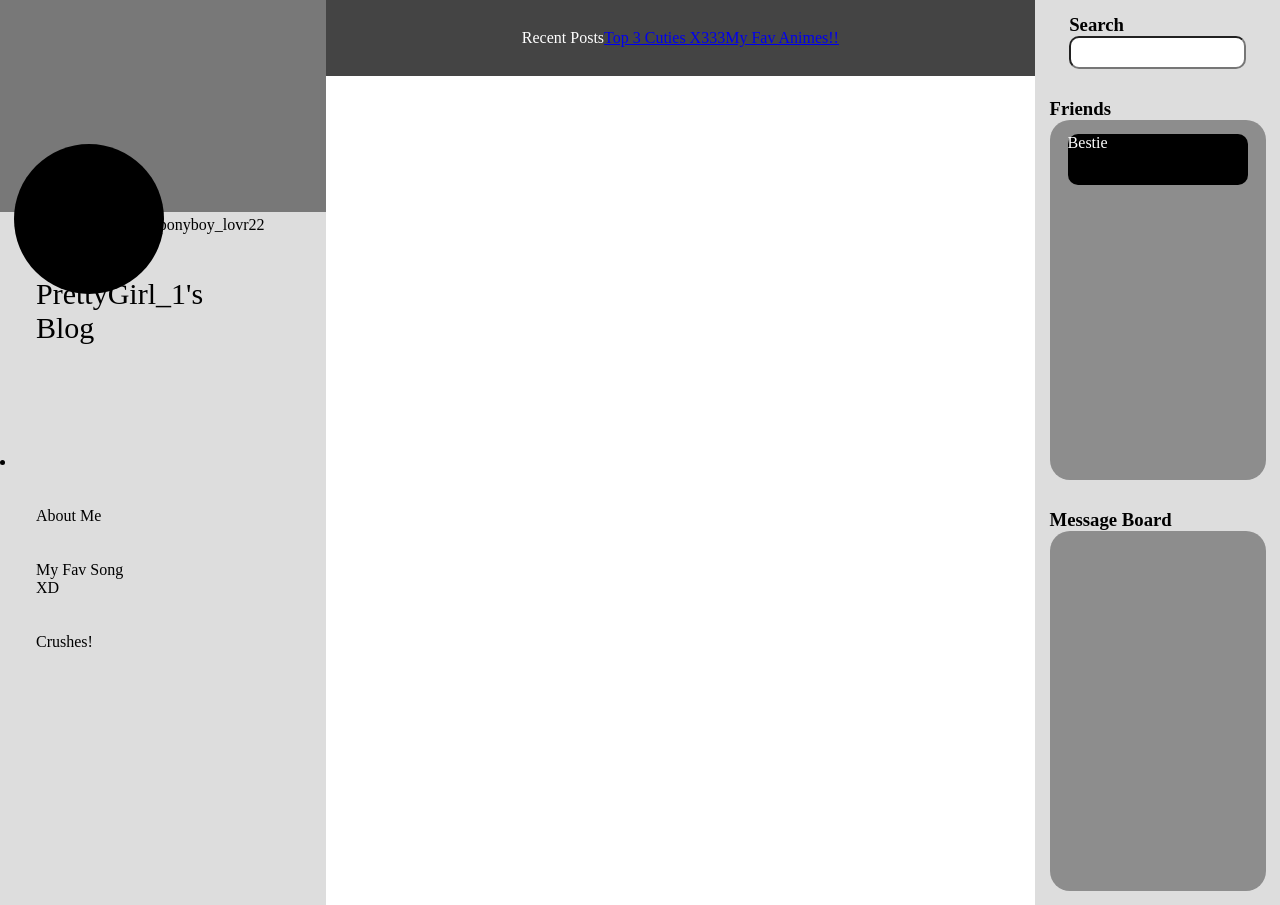
Repository: Jennica1/Frontend-Final
Page: index.html
An editor plug-in stored every save of this project. The page is shown before and after the next save, followed by the edit.
The browser window is 1280 px wide. The pictures show the whole page.

Above is the page before, as saved 2024-05-16 20:23:05.

After the next save:
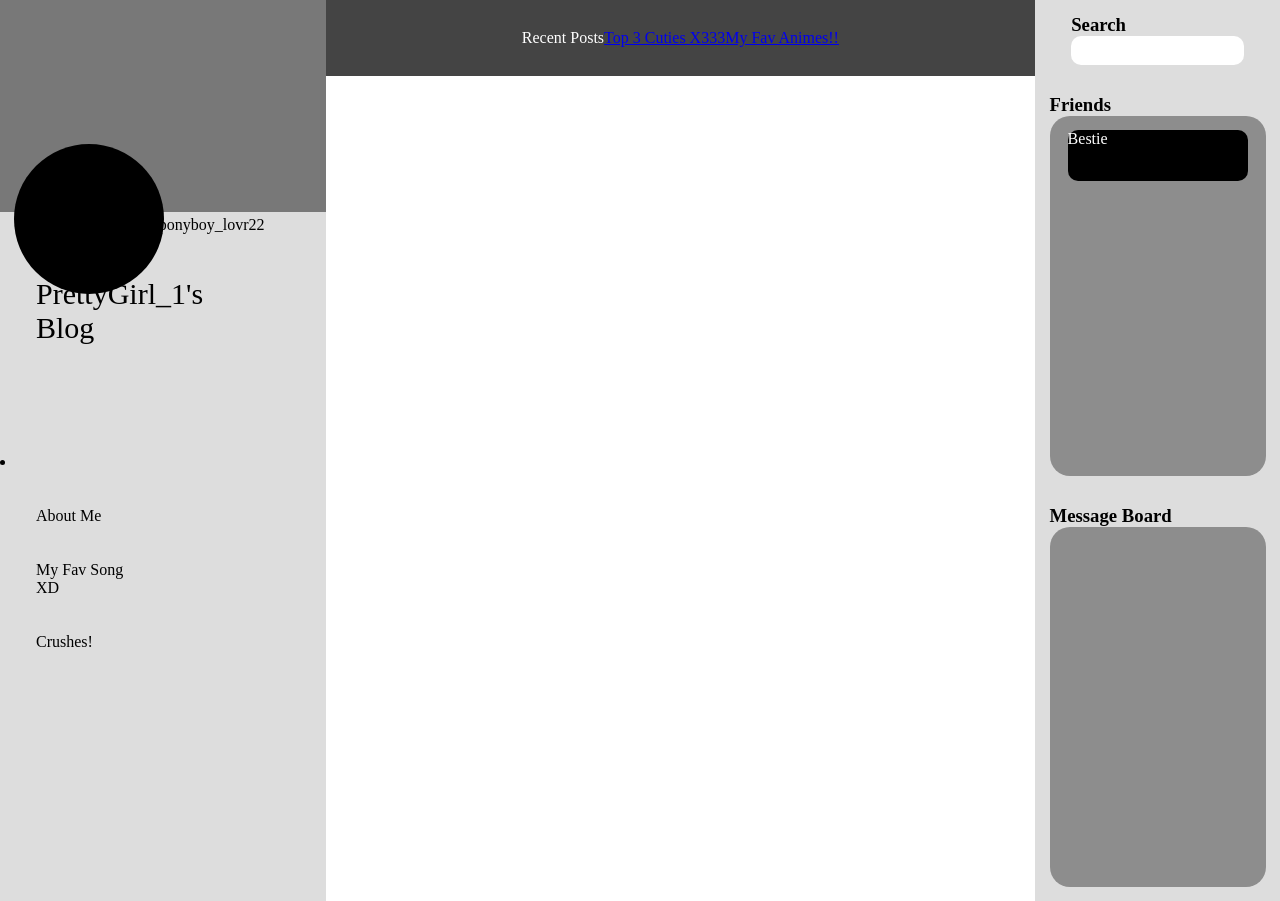
Saved 9 s later.
--- a/style.css
+++ b/style.css
@@ -92,6 +92,7 @@
   width: 24vh;
   height: 4vh;
   border-radius: 10px;
+  border: transparent;
 }
 .friends-list {
   height: auto;
